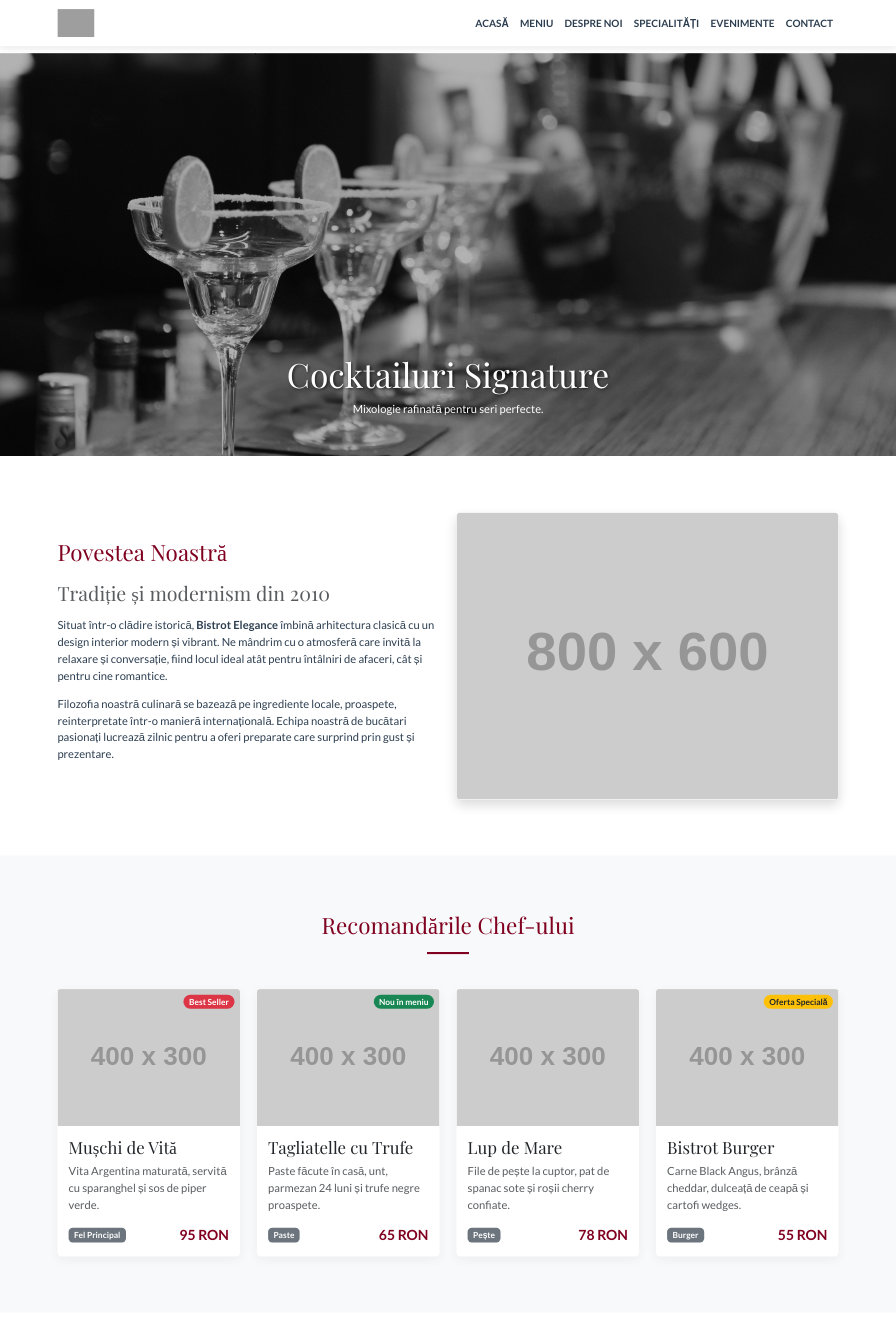
Repository: 912-Comsa-Teodora/bistrot-restaurant
Page: restaurant/index.html
An editor plug-in stored every save of this project. The page is shown before and after the next save, followed by the edit.
The browser window is 1280 px wide. The pictures show the part of the page from y = 0 to 1920 px (the page is 3056 px tall), at 70% of full size.
Pictures or frames that could not be fetched are drawn as grey boxes.

Above is the page before, as saved 2026-01-04 21:22:28.

After the next save:
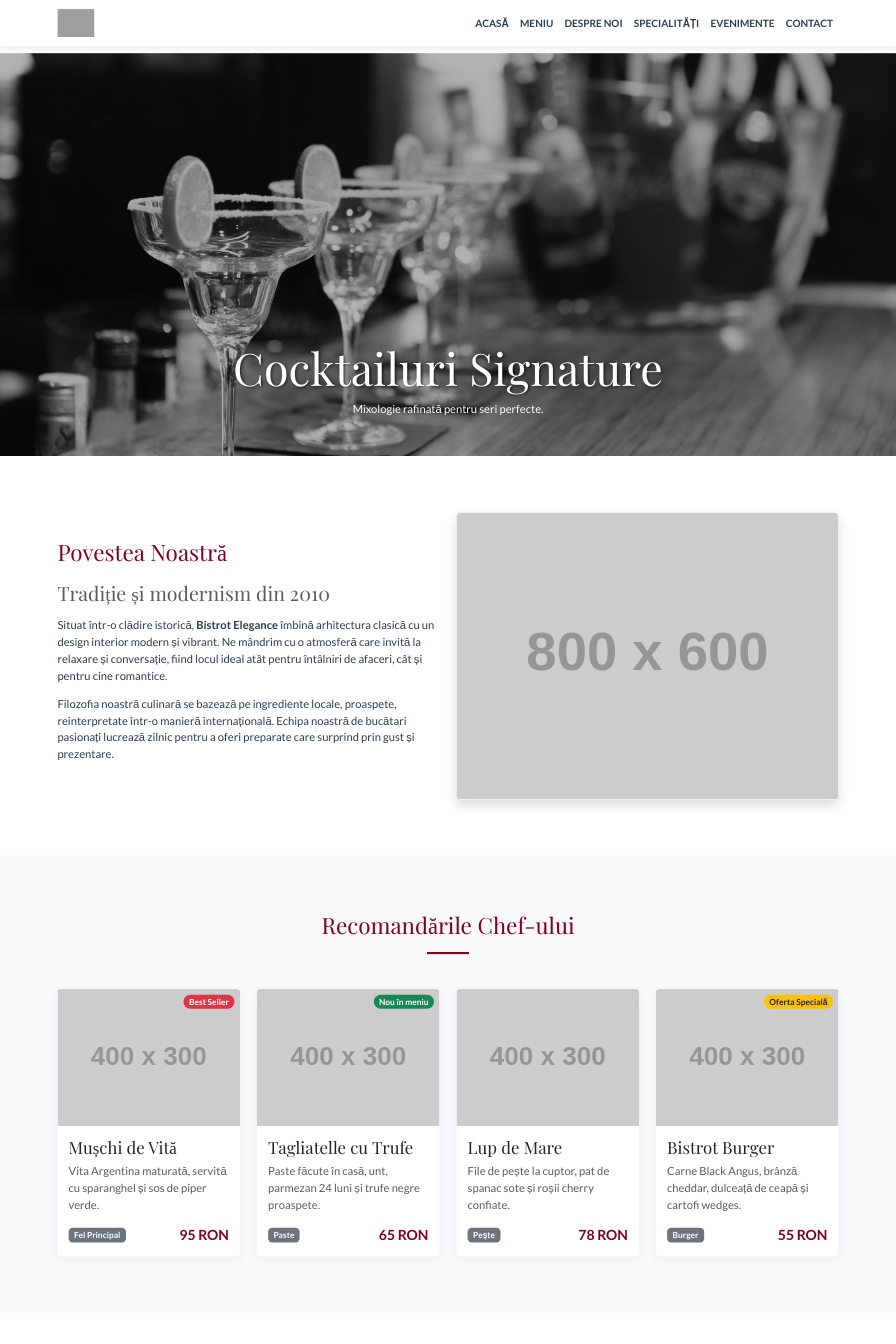
Saved 30 s later.
--- a/restaurant/index.html
+++ b/restaurant/index.html
@@ -61,7 +61,7 @@
         }
 
         .carousel-caption h2 {
-            font-size: 3rem;
+            font-size: 4rem;
             color: #fff;
             text-shadow: 2px 2px 4px rgba(0,0,0,0.6);
         }
